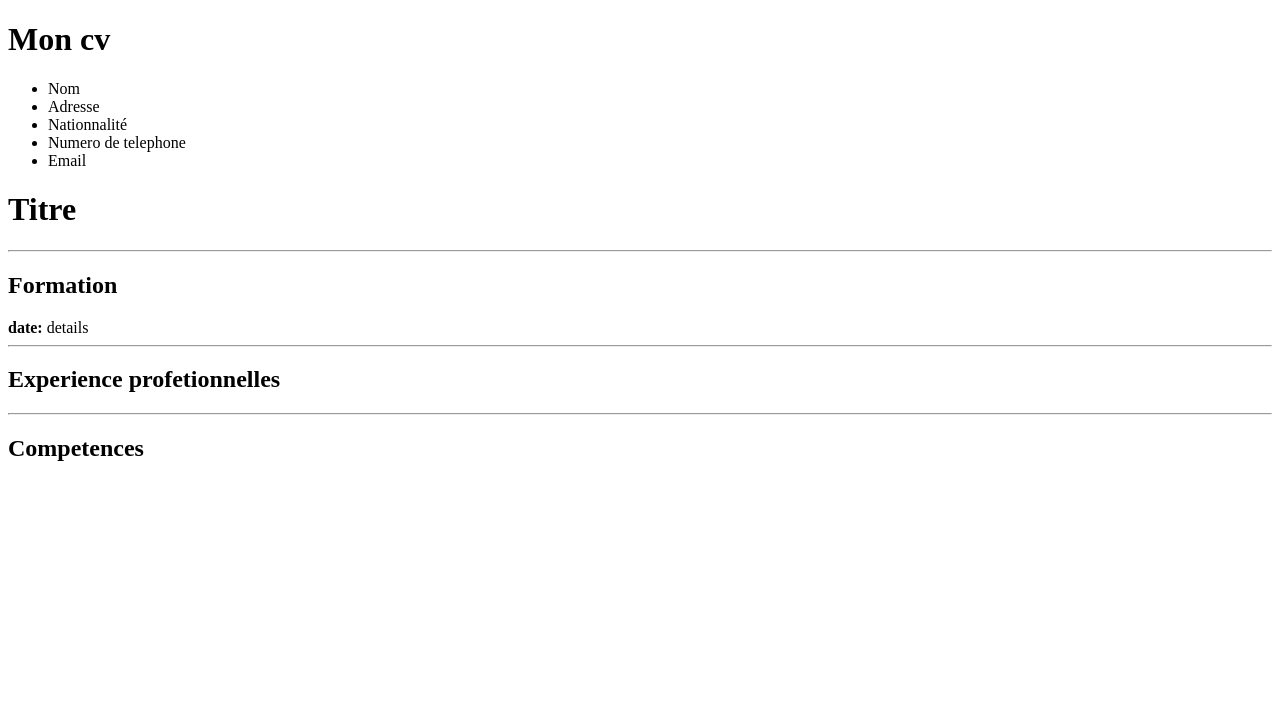
Repository: lamdakara/cv-html
Page: index.html
These files come from the project's save history. The page is drawn as it stood at one moment and after the next save; the edit follows.
The browser window is 1280 px wide. The pictures show the whole page.

Above is the page before, as saved 2023-08-22 00:39:57.

### index.html
<!DOCTYPE html>
<html lang="fr">
<head>
    <meta charset="UTF-8">
    <meta name="viewport" content="width=device-width, initial-scale=1.0">
    <title>Cv-html-Sekouba</title>
</head>
<body>
    <h1>Mon cv</h1>
    <ul>
        <li>Nom</li>
        <li>Adresse</li>
        <li>Nationnalité</li>
        <li>Numero de telephone</li>
        <li>Email</li>
    </ul>
    <!-- titre h1 -->
    <h1>Titre</h1>

    <hr>
    <h2>Formation</h2>
    <strong>date:</strong>
    <span>details</span>

    <hr>
    <h2>Experience profetionnelles</h2>

    <hr>
    <h2>Competences</h2>
</body>
</html>

After the next save:
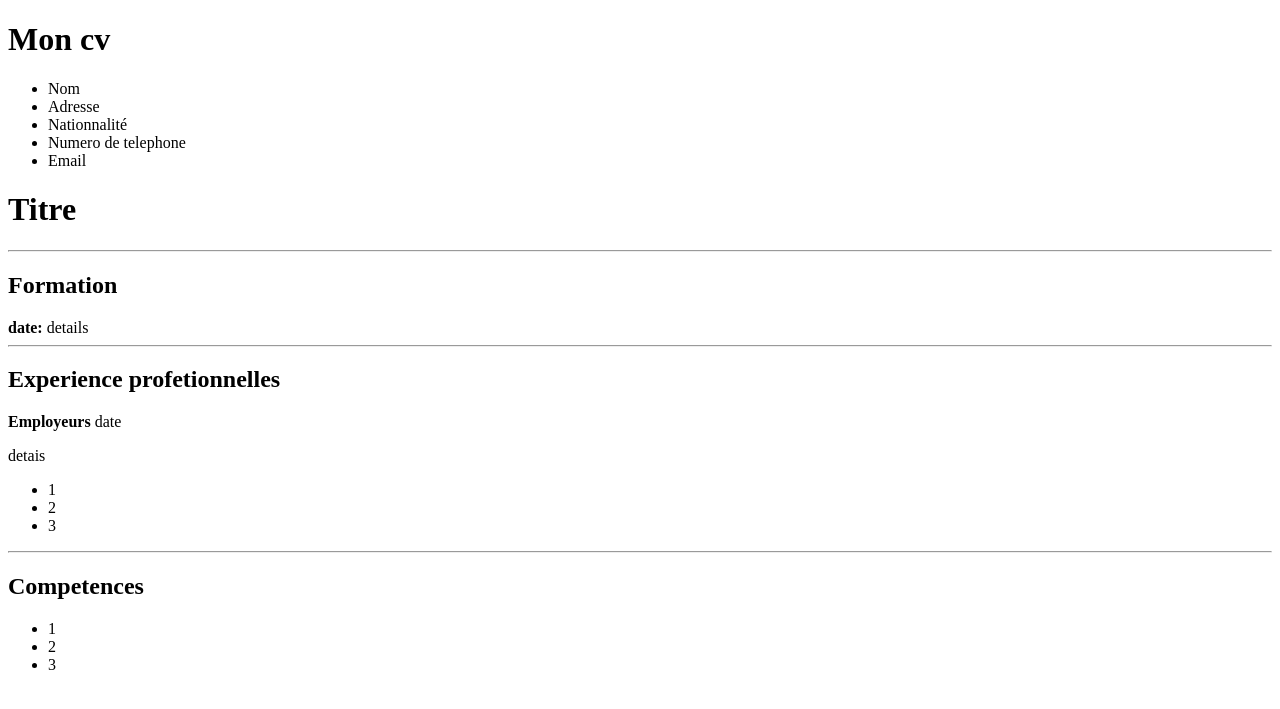
Saved 3 min 57 s later.
--- a/index.html
+++ b/index.html
@@ -24,8 +24,21 @@
 
     <hr>
     <h2>Experience profetionnelles</h2>
+    <strong>Employeurs</strong>
+    <span>date</span>
+    <p>detais</p>
+    <ul>
+        <li>1</li>
+        <li>2</li>
+        <li>3</li>
+    </ul>
 
     <hr>
     <h2>Competences</h2>
+    <ul>
+        <li>1</li>
+        <li>2</li>
+        <li>3</li>
+    </ul>
 </body>
 </html>
